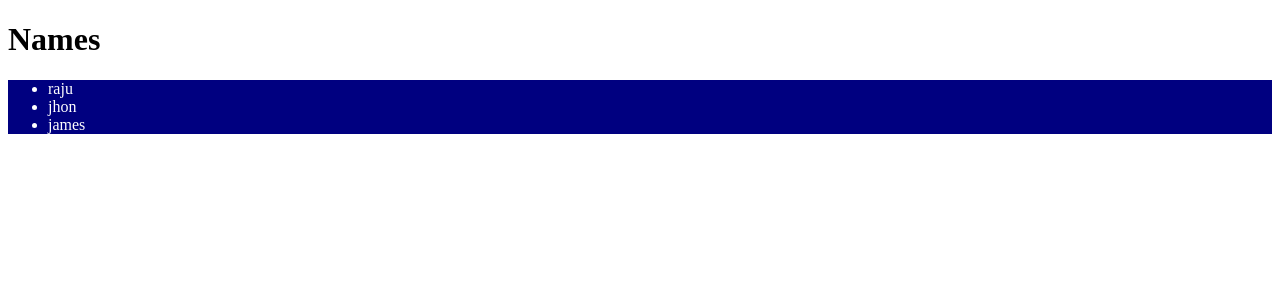
Repository: Ashwin1510/php_projectgh
Page: http://localhost/names.php
These files come from the project's save history. The page is drawn as it stood at one moment and after the next save; the edit follows.
The browser window is 1280 px wide. The pictures show the whole page.
The page is run by PHP 8.4 with error messages shown; the project is at /var/www/html/.

Above is the page before, as saved 2022-12-14 12:47:33.

After the next save:
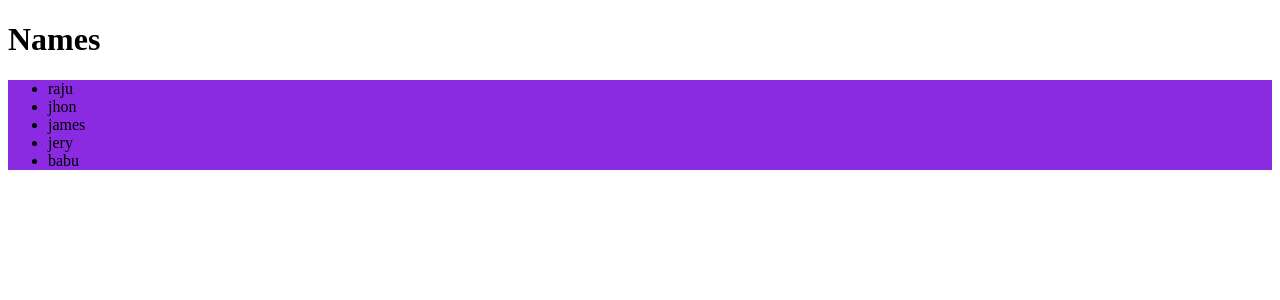
Saved 10 s later.
--- a/names.php
+++ b/names.php
@@ -1,5 +1,5 @@
 <?php
-$names=['raju','jhon', 'james',];
+$names=['raju','jhon', 'james','jery','babu'];
 ?>
 
 
